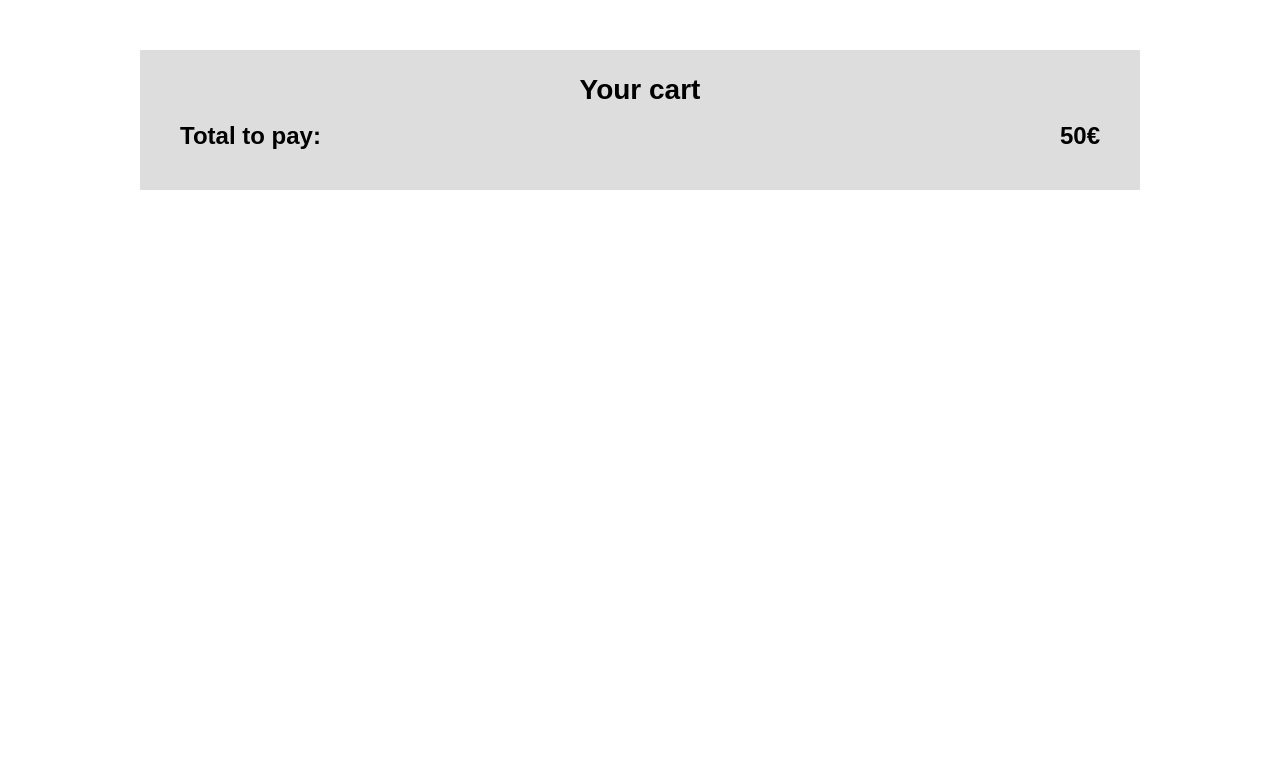
Repository: kcvijay/cart-discoutcodes
Page: /
The author's editor kept a copy of each file at every save. The page is drawn from the files as they stood at one save, then again after the next save.
The browser window is 1280 px wide. The pictures show the whole page.
The project was rebuilt for these pictures with package versions that can differ from the ones it lists, and the page was loaded fresh each time.

Above is the page before, as saved 2023-05-17 11:25:53.

### public/index.html
<!DOCTYPE html>
<html lang="en">
  <head>
    <meta charset="utf-8" />
    <link rel="icon" href="%PUBLIC_URL%/favicon.ico" />
    <meta name="viewport" content="width=device-width, initial-scale=1" />
    <meta name="theme-color" content="#000000" />
    <meta
      name="description"
      content="Discount Codes searching, fetching and enabling for the cart system."
    />
    <link rel="apple-touch-icon" href="%PUBLIC_URL%/logo192.png" />
    <link rel="manifest" href="%PUBLIC_URL%/manifest.json" />
    <title>Discount Codes for Cart</title>
  </head>
  <body>
    <noscript>You need to enable JavaScript to run this app.</noscript>
    <div id="root"></div>

  </body>
</html>

### src/index.css
* {
  margin: 0;
  padding: 0;
  box-sizing: border-box;
  scroll-behavior: smooth;
}

body {
  max-width: 100vw;
  min-height: 100vh;
  font-family: Arial, Helvetica, sans-serif;
}

.main-wrapper {
  max-width: 1000px;
  min-height: auto;
  background-color: #ddd;
  margin: 50px auto;
  padding: 1.5rem;
}

.content-header {
  font-size: 1.75rem;
}

.detail-block {
  display: flex;
  justify-content: space-between;
  padding: 1rem;
}

### src/App.tsx
import React from "react";
import "./App.css";
import CartInput from "./CartInput";

function App() {
  return (
    <div className="App">
      <CartInput />
    </div>
  );
}

export default App;

### src/CartInput.tsx
import React from "react";

const CartInput = () => {
  return (
    <div className="main-wrapper">
      <h2 className="content-header">Your cart</h2>
      <div className="detail-block">
        <h2>Total to pay:</h2>
        <h2>{"50€"}</h2>
      </div>
    </div>
  );
};

export default CartInput;

Loaded but not shown: src/index.tsx (common file); src/reportWebVitals.ts (common file); src/App.css (common file)

After the next save:
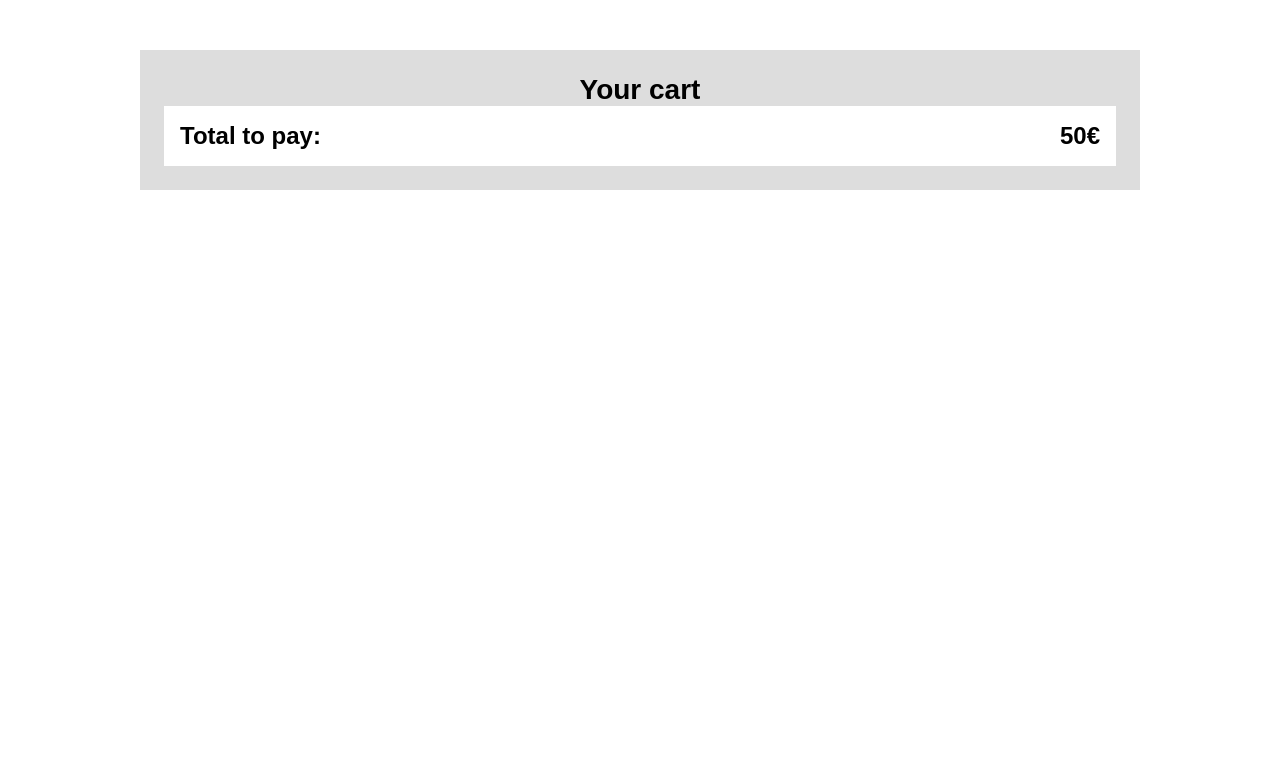
Saved 13 s later.
--- a/src/index.css
+++ b/src/index.css
@@ -27,4 +27,5 @@ body {
   display: flex;
   justify-content: space-between;
   padding: 1rem;
+  background: #fff;
 }
